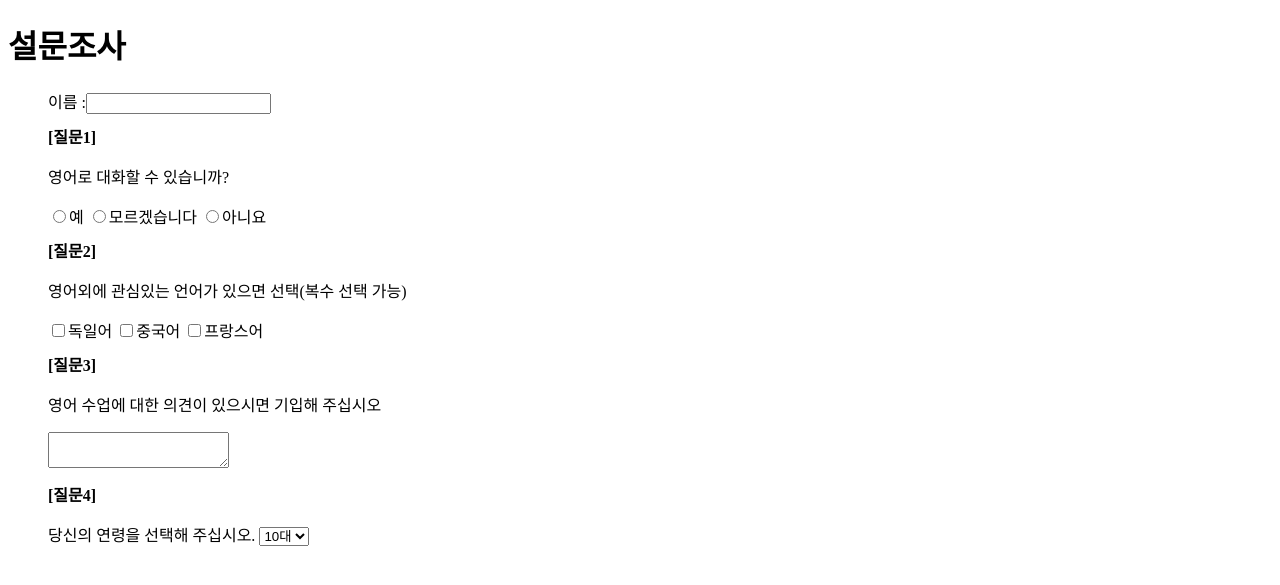
Repository: Jv2020/bitcamp
Page: html/sample05/WebContent/test02.html
These files come from the project's save history. The page is drawn as it stood at one moment and after the next save; the edit follows.
The browser window is 1280 px wide. The pictures show the whole page.

Above is the page before, as saved 2020-01-03 07:32:05.

After the next save:
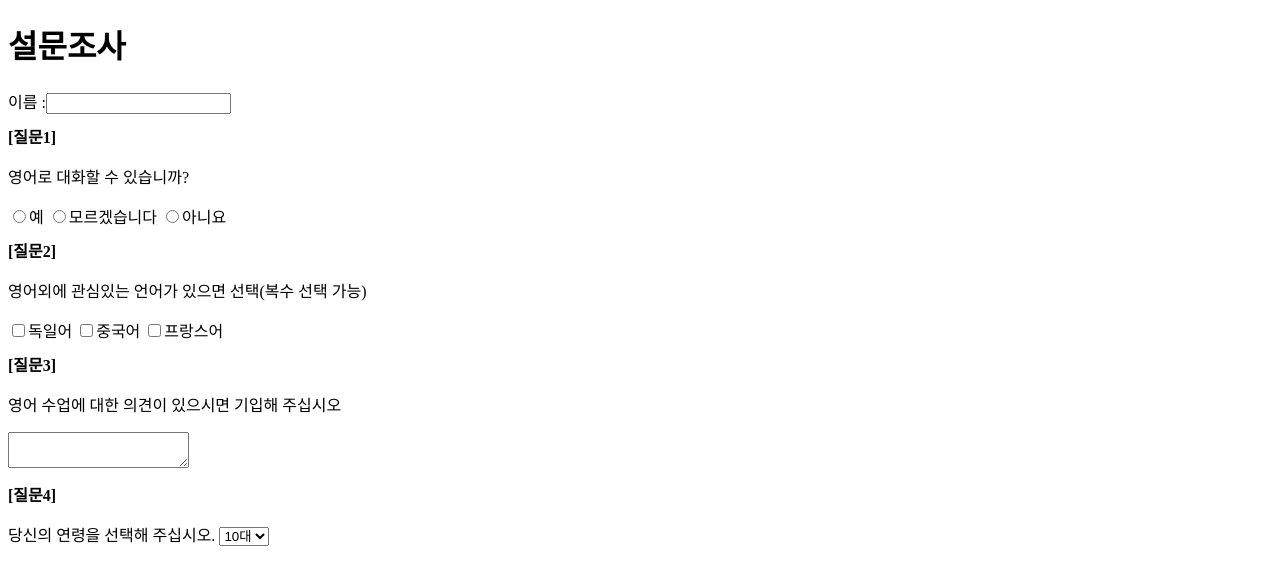
Saved 14 s later.
--- a/html/sample05/WebContent/test02.html
+++ b/html/sample05/WebContent/test02.html
@@ -6,6 +6,7 @@
 
 <style>
 em {display:block; font-weight:bold; font-style:normal;}
+ul {padding:0;}
 ul li {list-style:none; margin:10px 0;}
 ul li p {}
 </style>
